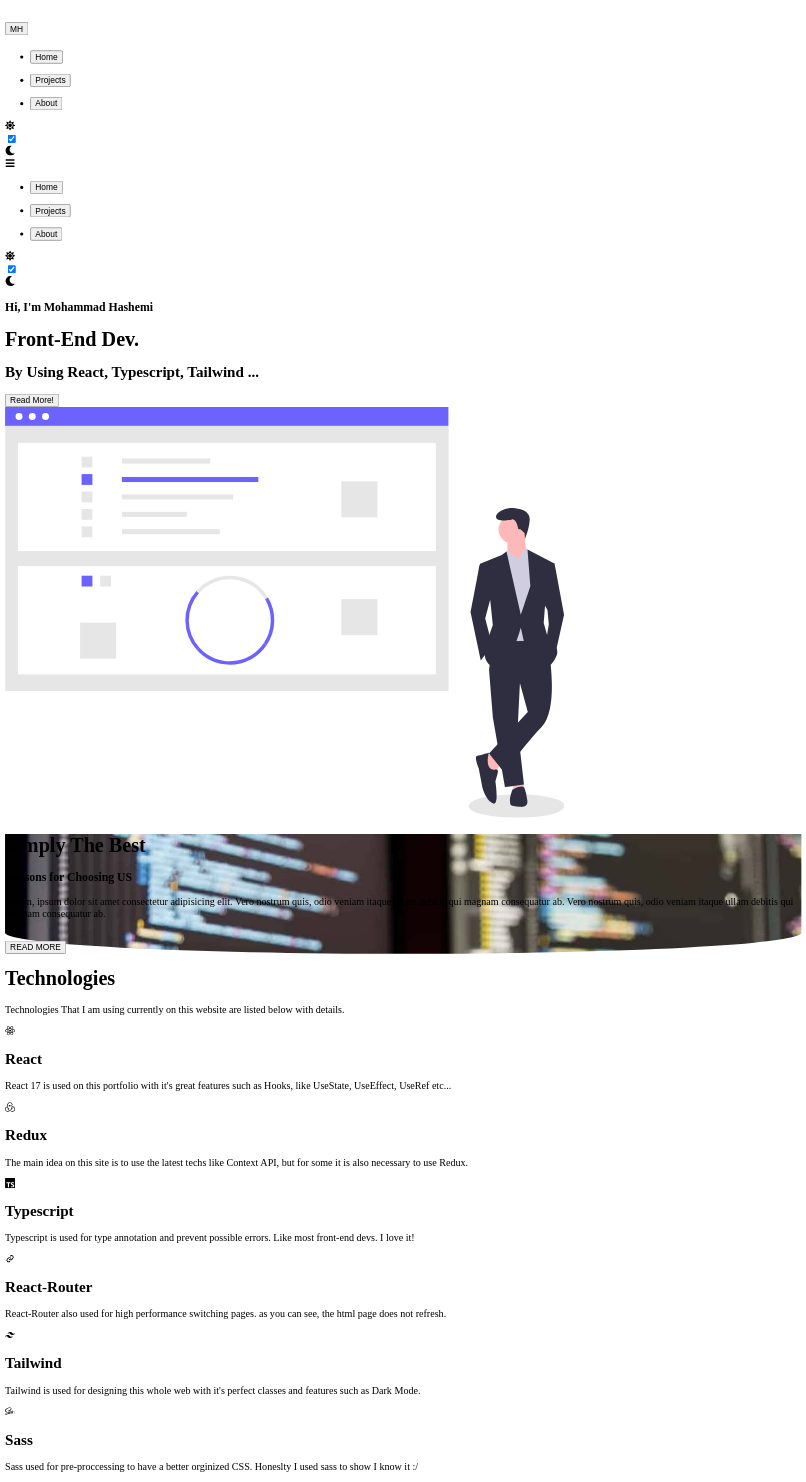
Repository: SMohammadH/react-typescript-tailwind
Page: /
The author's editor kept a copy of each file at every save. The page is drawn from the files as they stood at one save, then again after a run of saves.
The browser window is 1280 px wide. The pictures show the whole page, at 63% of full size.
The project was rebuilt for these pictures with package versions that can differ from the ones it lists, and the page was loaded fresh each time. Also part of the build but not shown: craco.config.js.

Above is the page before, as saved 2021-02-05 06:12:52.

### src/index.css
.dark {
  --color-bg-primary: #2d3748;
  --color-bg-secondary: #283141;
  --color-text-primary: #f7fafc;
  --color-text-secondary: #e2e8f0;
  --color-text-accent: #c5b358;
}

.light {
  --color-bg-primary: #ffffff;
  --color-bg-secondary: #edf2f7;
  --color-text-primary: #2d3748;
  --color-text-secondary: #4a5568;
  --color-text-accent: #2b6cb0;
}

@import 'tailwindcss/base';
@import 'tailwindcss/components';
@import 'tailwindcss/utilities';

### src/App.tsx
import './App.css';
import 'tailwindcss/tailwind.css';
import { ThemeProvider } from './dark-mode/themeContext';
import { Navbar } from './components/Navbar';
import { Header } from './components/Header';
import { FirstSection } from './components/FirstSection';
import { SecondSection } from './components/SecondSection';

const App: React.FC = () => {
  return (
    <div>
      <ThemeProvider>
        <Navbar />
        <div className="">
          <FirstSection />
          <Header />
          <SecondSection />
        </div>
      </ThemeProvider>
    </div>
  );
};

export default App;

### src/App.css
.font-gold {
  color: #c5b358;
}

### src/dark-mode/themeContext.tsx
import React from 'react';

const getInitialTheme = () => {
  if (typeof window !== 'undefined' && window.localStorage) {
    const storedPrefs = window.localStorage.getItem('color-theme');
    if (typeof storedPrefs === 'string') {
      return storedPrefs;
    }

    const userMedia = window.matchMedia('(prefers-color-scheme: dark)');
    if (userMedia.matches) {
      return 'dark';
    }
  }

  // If you want to use light theme as the default, return "light" instead
  return 'dark';
};

interface IContextProps {
  theme: string;
  setTheme: React.Dispatch<React.SetStateAction<string>>;
}
// Remember if You wanna uncomment above remove null in the next line.
export const ThemeContext = React.createContext({} as IContextProps);

interface ThemeProps {
  initialTheme?: any;
  children: any;
}

export const ThemeProvider: React.FC<ThemeProps> = ({
  initialTheme,
  children,
}) => {
  const [theme, setTheme] = React.useState(getInitialTheme);

  const rawSetTheme = (theme: string) => {
    const root = window.document.documentElement;
    const isDark = theme === 'dark';

    root.classList.remove(isDark ? 'light' : 'dark');
    root.classList.add(theme);

    localStorage.setItem('color-theme', theme);
  };

  if (initialTheme) {
    rawSetTheme(initialTheme);
  }

  React.useEffect(() => {
    rawSetTheme(theme);
  }, [theme]);

  return (
    <ThemeContext.Provider value={{ theme, setTheme }}>
      {children}
    </ThemeContext.Provider>
  );
};

### src/components/Navbar.tsx
import { useState } from 'react';
import { Toggle } from '../dark-mode/toggle';
import { FaBars } from 'react-icons/fa';

export const Navbar = () => {
  const [hidden, setHidden] = useState('');
  const onClick = () => {
    hidden ? setHidden('') : setHidden('hidden');
  };
  return (
    <div className="bg-gray-800 text-gray-100  fixed  w-full z-10">
      <div className="max-w-screen-xl mx-auto px-2 sm:px-6 lg:px-8">
        <div className=" relative flex items-center justify-between h-16">
          <div>
            <h1 className="text-3xl font-gold">
              <button className="focus:outline-none">MH</button>
            </h1>
          </div>

          <div className="hidden md:flex">
            <div className="flex space-x-9 text-lg">
              <ul>
                <li>
                  <button className="hover:text-accent focus:outline-none">
                    Home
                  </button>
                </li>
              </ul>
              <ul>
                <li>
                  <button className="hover:text-accent focus:outline-none">
                    Projects
                  </button>
                </li>
              </ul>
              <ul>
                <li>
                  <button className="hover:text-accent focus:outline-none">
                    About
                  </button>
                </li>
              </ul>
            </div>
            <div className="ml-9 self-center">
              <Toggle />
            </div>
          </div>

          <div className="px-4 cursor-pointer md:hidden">
            <FaBars
              className={`w-10 text-2xl ${
                hidden ? '' : 'text-accent animate-pulse'
              }`}
              onClick={onClick}
            />
          </div>
        </div>
      </div>

      <div className={`${hidden} md:hidden`}>
        <div className="flex flex-col justify-center items-center text-lg space-y-6">
          <ul>
            <li>
              <button className="hover:text-accent focus:outline-none">
                Home
              </button>
            </li>
          </ul>
          <ul>
            <li>
              <button className="hover:text-accent focus:outline-none">
                Projects
              </button>
            </li>
          </ul>
          <ul>
            <li>
              <button className="hover:text-accent focus:outline-none">
                About
              </button>
            </li>
          </ul>
          <div className="pb-6">
            <Toggle />
          </div>
        </div>
      </div>
    </div>
  );
};

### src/components/Header.tsx
import Img from '../img/main.jpg';

export const Header = () => {
  return (
    <div className="h-full bg-secondary">
      <div
        className="text-center w-full h-auto bg-cover bg-fixed relative overflow-hidden"
        style={{
          backgroundImage: `url(${Img})`,
          borderRadius: '0 0 85% 85% / 30%',
        }}
      >
        <div className="w-full h-full p-10 text-secondary shadow-md bg-gradient-to-b  to-gray-600 from-transparent">
          <h1>Simply The Best</h1>
          <h3>Reasons for Choosing US</h3>
          <p>
            Lorem, ipsum dolor sit amet consectetur adipisicing elit. Vero
            nostrum quis, odio veniam itaque ullam debitis qui magnam
            consequatur ab. Vero nostrum quis, odio veniam itaque ullam debitis
            qui magnam consequatur ab.
          </p>
          <br />
          <button>READ MORE</button>
        </div>
      </div>
    </div>
  );
};

### src/components/FirstSection.tsx
import Success from '../svg/success.svg';

export const FirstSection = () => {
  return (
    <div className="flex justify-between  space-x-20 p-10 pt-40 max-w-screen-xl mx-auto md:flex-row">
      <div className="self-center pb-20 mb-20 space-y-2">
        <h3 className="text-xl">Hi, I'm Mohammad Hashemi</h3>
        <h1 className="text-5xl text-accent">Front-End Dev.</h1>
        <h2 className="text-medium">
          By Using React, Typescript, Tailwind ...
        </h2>
        <button className="btn">Read More!</button>
      </div>
      <div className="">
        <img src={Success} alt="" />
      </div>
    </div>
  );
};

### src/components/SecondSection.tsx
import { Card } from './Card';
import { FaSass } from 'react-icons/fa';
import { SiTypescript, SiTailwindcss, SiRedux, SiReact } from 'react-icons/si';
import { BiLink } from 'react-icons/bi';

const text = [
  {
    react: `React 17 is used on this portfolio with it's great features such as Hooks, like UseState, UseEffect, UseRef etc...`,
  },
  {
    redux:
      'The main idea on this site is to use the latest techs like Context API, but for some it is also necessary to use Redux.',
  },
  {
    typescript:
      'Typescript is used for type annotation and prevent possible errors. Like most front-end devs. I love it!',
  },
  {
    reactRouter:
      'React-Router also used for high performance switching pages. as you can see, the html page does not refresh.',
  },
  {
    tailwind: `Tailwind is used for designing this whole web with it's perfect classes and features such as Dark Mode.`,
  },
  {
    sass:
      'Sass used for pre-proccessing to have a better orginized CSS. Honeslty I used sass to show I know it :/',
  },
];
console.log(text[0].react);

export const SecondSection = () => {
  return (
    <div className="bg-secondary text-secondary">
      <div className="max-w-screen-xl mx-auto px-5 py-24">
        <div className="text-center mb-20">
          <h1 className="text-accent mb-4 text-4xl leading-10 tracking-tight sm:text-5xl sm:leading-none md:text-6xl">
            Technologies
          </h1>
          <p className="text-base leading-relaxed xl:w-2/4 lg:w-3/4 mx-auto">
            Technologies That I am using currently on this website are listed
            below with details.
          </p>
          <div className="flex mt-6 justify-center">
            <div className="w-16 h-1 rounded-full bg-indigo-500 inline-flex"></div>
          </div>
        </div>
        <div className="flex flex-wrap sm:-m-4 -mx-4 -mb-10 -mt-4">
          <Card
            Img={SiReact}
            imgSize={10}
            header="React"
            imgColor="blue-600"
            imgBack="blue"
            text={text[0].react}
          />
          <Card
            Img={SiRedux}
            imgSize={10}
            header="Redux"
            imgColor="purple-500"
            imgBack="purple"
            text={text[1].redux}
          />
          <Card
            Img={SiTypescript}
            imgSize={7}
            header="Typescript"
            imgColor="blue-700"
            imgBack="blue"
            text={text[2].typescript}
          />

          <Card
            Img={BiLink}
            imgSize={10}
            header="React-Router"
            imgColor="red-600"
            imgBack="red"
            text={text[3].reactRouter}
          />
          <Card
            Img={SiTailwindcss}
            imgSize={10}
            header="Tailwind"
            imgColor="green-500"
            imgBack="green"
            text={text[4].tailwind}
          />

          <Card
            Img={FaSass}
            imgSize={10}
            header="Sass"
            imgColor="pink-600"
            imgBack="pink"
            text={text[5].sass}
          />
        </div>
      </div>
    </div>
  );
};

### src/dark-mode/toggle.tsx
import React from 'react';
import { ThemeContext } from './themeContext';
import './toggle.css';
import { FaSun } from 'react-icons/fa';
import { FaMoon } from 'react-icons/fa';

export const Toggle = () => {
  const { theme, setTheme } = React.useContext(ThemeContext);

  const isDark = () => {
    return theme === 'dark';
  };

  return (
    <label className="flex items-center cursor-pointer">
      <div className="ml-3 font-medium mr-3">
        {theme === 'light' ? (
          <FaSun className="text-yellow-100 text-2xl" />
        ) : (
          <FaSun className="text-gray-400" />
        )}
      </div>
      <div className="relative">
        <input
          type="checkbox"
          className="hidden"
          checked={isDark()}
          onChange={e => setTheme(e.target.checked ? 'dark' : 'light')}
        />
        <div className="toggle__line w-10 h-4 bg-gray-400 rounded-full shadow-inner"></div>
        <div className="toggle__dot absolute w-6 h-6 bg-white rounded-full shadow inset-y-0 left-0"></div>
      </div>

      <div className="ml-3 ">
        {theme === 'light' ? (
          <FaMoon className="text-gray-400" />
        ) : (
          <FaMoon className="text-blue-100 text-xl" />
        )}
      </div>
    </label>
  );
};

### src/components/Card.tsx
interface Props {
  Img: any;
  imgSize: number;
  imgColor: string;
  imgBack: string;
  header: string;
  text?: string;
}

export const Card: React.FC<Props> = ({
  Img,
  imgSize,
  imgColor,
  imgBack,
  header,
  text,
}) => {
  return (
    <div className="relative max-w-sm md:max-w-xs mx-auto">
      <div
        className={`absolute mr-2 ml-8 mb-11 inset-0 bg-gradient-to-r from-${imgBack}-200 to-${imgBack}-400 dark:from-gray-800 dark:to-${imgBack}-900 shadow-lg transform -skew-y-3 sm:skew-y-0 sm:-rotate-6 rounded-3xl`}
      ></div>
      <div className="relative py-7 px-2 md:mb-0 flex flex-col ">
        <div className="px-4 py-10 mr-6 bg-primary text-primary shadow-lg rounded-3xl transform translate-x-6 -translate-y-6  ">
          <div
            className={`inline-flex w-12 h-12 rounded-full items-center justify-center bg-${imgBack}-100 text-${imgColor} mb-4 flex-shrink-0 p-2`}
          >
            <Img className={`w-${imgSize} h-${imgSize}`} />
            {/* className="w-6 h-6"
              fill="none"
              stroke="currentColor"
              viewBox="0 0 24 24"
              xmlns="http://www.w3.org/2000/svg"
            >
              <path
                stroke-linecap="round"
                stroke-linejoin="round"
                stroke-width="2"
                d="M7 21a4 4 0 01-4-4V5a2 2 0 012-2h4a2 2 0 012 2v12a4 4 0 01-4 4zm0 0h12a2 2 0 002-2v-4a2 2 0 00-2-2h-2.343M11 7.343l1.657-1.657a2 2 0 012.828 0l2.829 2.829a2 2 0 010 2.828l-8.486 8.485M7 17h.01"
              ></path>
            </Img> */}
          </div>
          <div className="flex-grow ">
            <h2 className="text-primary text-xl title-font font-medium mb-3">
              {header}
            </h2>
            <p className="leading-relaxed text-sm text-justify">{text}</p>
          </div>
        </div>
      </div>
    </div>
  );
};

### src/dark-mode/toggle.css
.toggle__dot {
  top: -0.25rem;
  left: -0.25rem;
  transition: all 0.3s ease-in-out;
}

input:checked ~ .toggle__dot {
  transform: translateX(100%);
  background-color: #48bb78;
}

### tailwind.config.js
module.exports = {
  purge: [],
  darkMode: 'class', // or 'media' or 'class'
  theme: {
    extend: {
      backgroundColor: {
        primary: 'var(--color-bg-primary)',
        secondary: 'var(--color-bg-secondary)',
      },
      textColor: {
        accent: 'var(--color-text-accent)',
        primary: 'var(--color-text-primary)',
        secondary: 'var(--color-text-secondary)',
      },
    },
  },
  variants: {
    extend: {},
  },
  plugins: [],
};

Loaded but not shown: public/index.html (common file); src/index.tsx (common file)

After the next 2 saves:
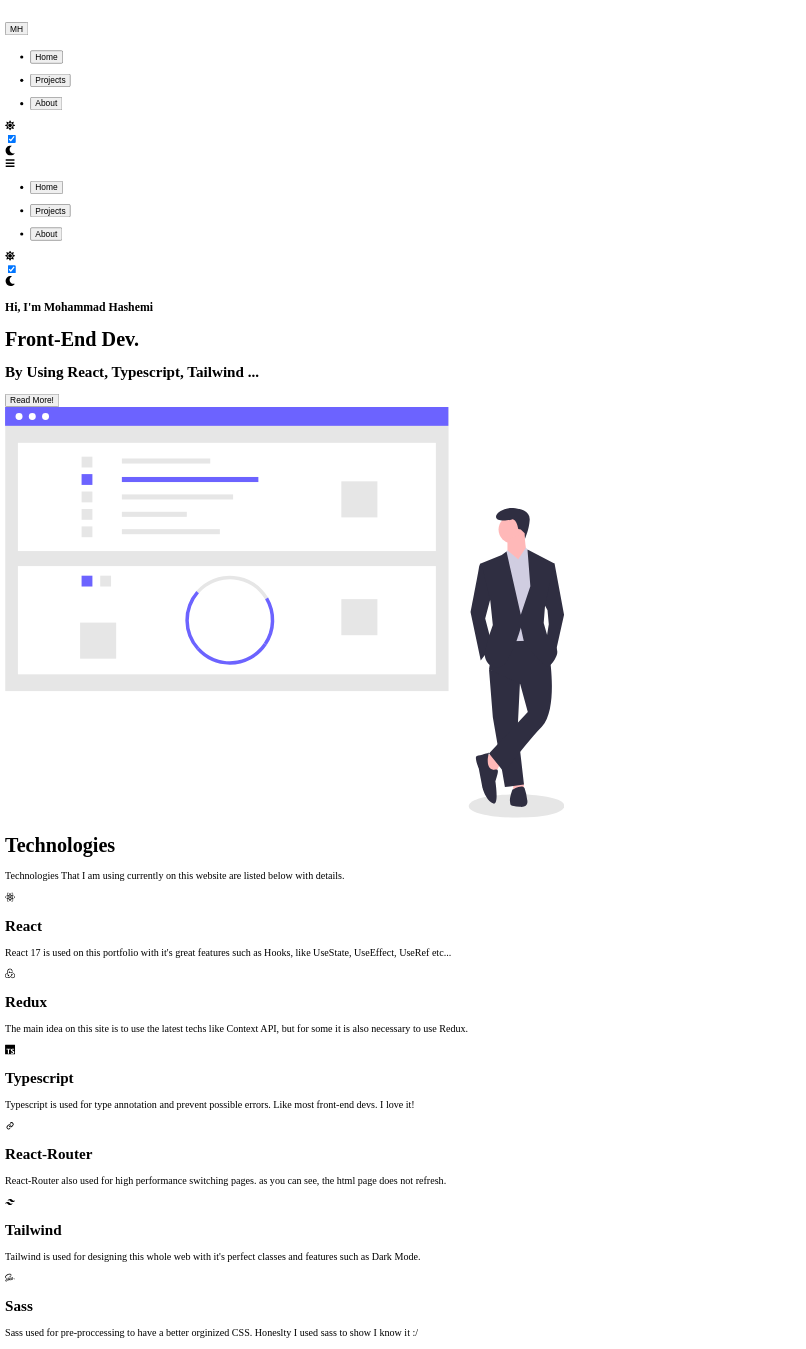
The 2 saves are shown as one change because they came seconds apart.
The last was saved 40 s later.
--- a/src/App.tsx
+++ b/src/App.tsx
@@ -2,7 +2,6 @@ import './App.css';
 import 'tailwindcss/tailwind.css';
 import { ThemeProvider } from './dark-mode/themeContext';
 import { Navbar } from './components/Navbar';
-import { Header } from './components/Header';
 import { FirstSection } from './components/FirstSection';
 import { SecondSection } from './components/SecondSection';
 
@@ -13,7 +12,6 @@ const App: React.FC = () => {
         <Navbar />
         <div className="">
           <FirstSection />
-          <Header />
           <SecondSection />
         </div>
       </ThemeProvider>
